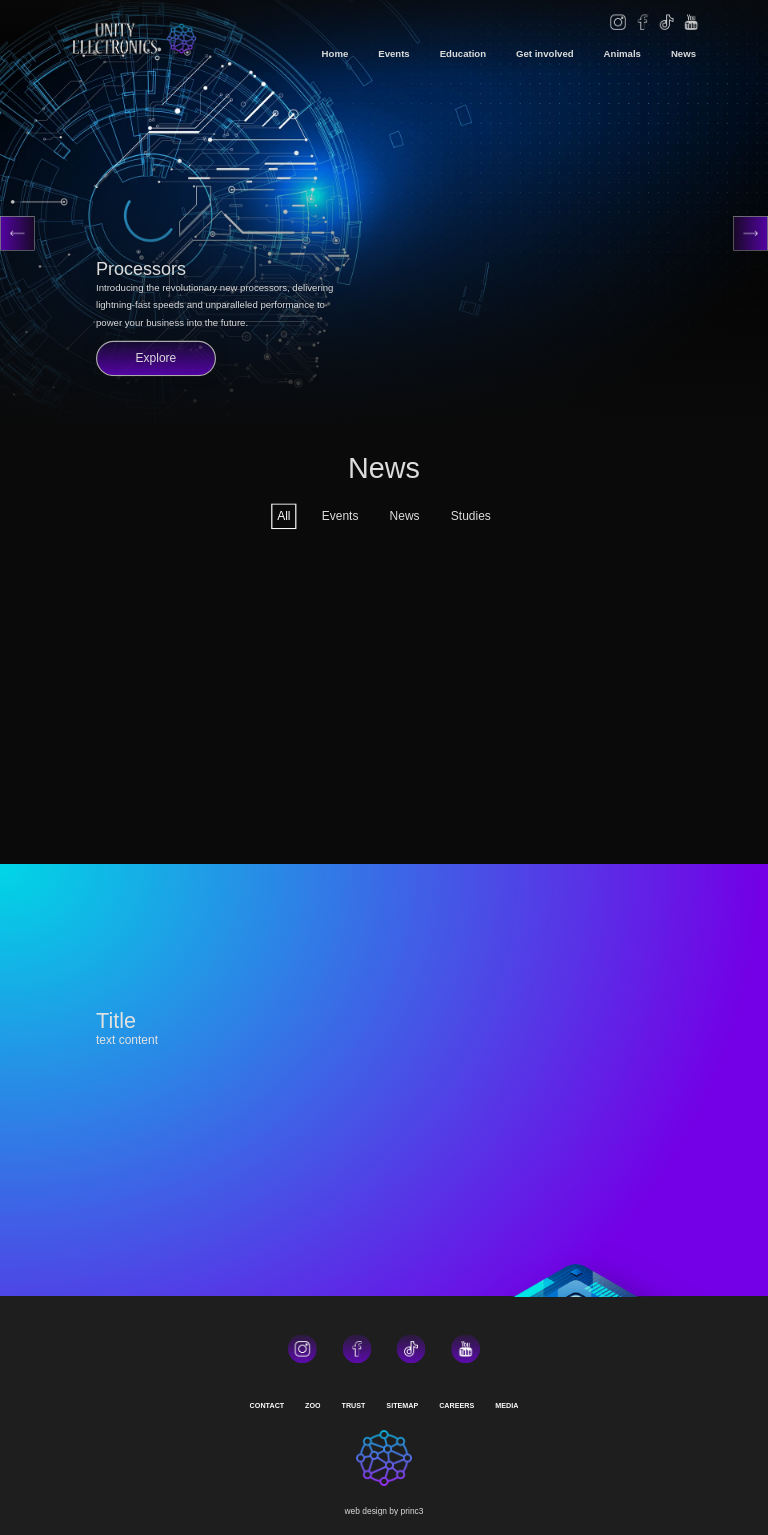
Repository: princ3-web/five
Page: /
These files come from the project's save history. The page is drawn as it stood at one moment and after a run of saves; the edit follows.
The browser window is 1280 px wide. The pictures show the whole page, at 60% of full size.
An inner scrolling area shows only its first screen. The project was rebuilt for these pictures with package versions that can differ from the ones it lists, and the page was loaded fresh each time. Also part of the build but not shown: src/css/subpage.module.css, src/pages/Events.jsx, src/pages/Education.jsx, src/pages/Membership.jsx, src/pages/Animals.jsx, src/pages/News.jsx, src/pages/Support.jsx.

Above is the page before, as saved 2023-05-08 18:58:26.

### src/App.jsx
import React, { useState } from "react";
import { Routes, Route } from "react-router-dom";
import app from "./css/app.module.css";
import Navbar from "./components/Navbar.jsx";
import Bottombar from "./components/Bottombar.jsx";
import Main from "./pages/Main.jsx";
import Events from "./pages/Events.jsx";
import Education from "./pages/Education.jsx";
import Membership from "./pages/Membership.jsx";
import Animals from "./pages/Animals.jsx";
import News from "./pages/News.jsx";
import Support from "./pages/Support.jsx";
import Scrolltotop from "./components/Scrolltotop";

function App() {
  return (
    <div className={app.app}>
      <Navbar />
      <Routes>
        <Route path="/" element={<Main />} exact />
        <Route path="/Events" element={<Events />} exact />
        <Route path="/Education" element={<Education />} exact />
        <Route path="/Membership" element={<Membership />} exact />
        <Route path="/Animals" element={<Animals />} exact />
        <Route path="/News" element={<News />} exact />
        <Route path="/Support" element={<Support />} exact />
      </Routes>
      <Bottombar />
      <Scrolltotop />
    </div>
  );
}

export default App;

### src/css/app.module.css
:root {
    --thin: 200;
    --regular: 400;
    --bold: 600;
    --font-12: 12px;
    --font-14: 14px;
    --font-16: 16px;
    --font-20: 20px;
    --font-24: 24px;
    --font-30: 30px;
    --font-36: 36px;
    --font-48: 48px;
    --dark: rgb(10, 10, 10);
    --dark-transp-100: rgb(0, 0, 0, 0.5);
    --gray-transp-200: rgba(100, 100, 100, 0.5);
    --gray-transp-300: rgba(100, 100, 100, 0.25);
    --gray-50: rgb(30, 30, 30);
    --gray-100: rgb(60, 60, 60);
    --gray-150: rgb(100, 100, 100);
    --gray-200: rgb(170, 170, 170);
    --gray-300: rgb(220, 220, 220);
    --gray-400: rgb(240, 240, 240);
    --light: rgb(250, 250, 250);
    --light-transp: rgb(255, 255, 255, 0.2);
    --blue-200: rgb(0, 78, 162);
    --blue-300: rgb(0, 123, 255);
    --teal-300: rgb(0, 238, 255);
    --violet-200: rgb(81, 0, 162);
    --violet-300: rgb(128, 0, 255);
    --transp: rgba(0, 0, 0, 0);
}

@import url('https://fonts.googleapis.com/css2?family=Raleway&display=swap');


html > div {
    display: none;
  }

  * {
    overflow-x: hidden;
    padding: 0;
    margin: 0;
    font-family: 'Raleway', sans-serif;
    user-select: none;
  }

  .app{
    background-color: var(--dark);
    height: fit-content;
  }

  .section{
    display: flex;
    flex-direction: column;
    min-height: 100vh;
  }

### src/components/Navbar.jsx
import React, { useState } from "react";
import navbar from "../css/navbar.module.css";
import logo from "../assets/icons/logo_sub.png";
import hamburger from "../assets/icons/hamburger.png";
import cross from "../assets/icons/cross.png";
import { Link } from "react-router-dom";
import instagram from "../assets/icons/instagram.png";
import facebook from "../assets/icons/facebook.png";
import tiktok from "../assets/icons/tiktok.png";
import youtube from "../assets/icons/youtube.png";

const Navbar = () => {
  const navbarButtons = [
    {
      name: "Home",
      menu: false,
      items: [],
      link: "/",
    },
    {
      name: "Events",
      menu: true,
      items: [
        "Plan Your Day",
        "What's On",
        "Membership",
        "Vet Hospital",
        "Education",
        "Zoo Map",
      ],
      link: "/Events",
    },
    {
      name: "Education",
      menu: true,
      items: [
        "Read for Adventure",
        "Educational Field Trips",
        "Self-Guided Field Trips",
        "Nature Explorers Preschool",
        "Schools Out Day Camps",
        "Spring Break Camp",
        "Summer Camps",
        "After Hours",
        "Conservation Club",
      ],
      link: "/Education",
    },
    {
      name: "Get involved",
      menu: true,
      items: [
        "What We Do",
        "What You Can Do",
        "Work at the Zoo",
        "Volunteer",
        "Sponsorship",
        "Conservation",
      ],
      link: "/Membership",
    },
    {
      name: "Animals",
      menu: false,
      items: [],
      link: "/Animals",
    },
    {
      name: "News",
      menu: false,
      items: [],
      link: "/News",
    },
  ];

  const socials = [instagram, facebook, tiktok, youtube];

  const [mobileMenu, toggleMobileMenu] = useState(false);

  return (
    <>
      <div className={navbar.navbar}>
        <Link className={navbar.link} to={"/"}>
          <img className={navbar.logo} src={logo} alt="" />
        </Link>
        <div className={navbar.navbarContent}>
          <div className={navbar.navbarTopIcons}>
            {socials.map((item, n) => (
              <img className={navbar.navbarTopIcon} src={item} alt="" key={n} />
            ))}
          </div>
          <div className={navbar.navbarButtons}>
            {navbarButtons.map((item, n) => (
              <div
                style={{
                  display: "block",
                  overflow: "visible",
                }}
                key={n}
              >
                <div className={navbar.navbarButton}>
                  <Link
                    to={item.link}
                    style={{
                      textDecoration: "none",
                      color: "unset",
                    }}
                  >
                    {item.name}
                  </Link>
                </div>

                {item.items.length > 0 && (
                  <>
                    <div className={navbar.navbarButtonDropdown}>
                      {item.items.map((i, n) => (
                        <Link
                          className={navbar.navbarButtonDropdownItem}
                          key={n}
                          to={item.link}
                        >
                          {i}
                        </Link>
                      ))}
                    </div>
                  </>
                )}
              </div>
            ))}
          </div>
        </div>
        <img
          className={navbar.mobileButton}
          src={mobileMenu === true ? cross : hamburger}
          onClick={() =>
            mobileMenu === true ? toggleMobileMenu(false) : toggleMobileMenu(true)
          }
          alt=""
        />
        <div
          className={[navbar.mobileMenu, mobileMenu ? navbar.mobileMenuShow : ""].join(
            " "
          )}
        >
          {navbarButtons.map((item) => (
            <Link to={item.link} className={navbar.mobileMenuItem}>
              <div onClick={() => toggleMobileMenu(false)}>{item.name}</div>
            </Link>
          ))}
        </div>
      </div>
    </>
  );
};

export default Navbar;

### src/components/Bottombar.jsx
import React from "react";
import bottombar from "../css/bottombar.module.css";
import logobw from "../assets/icons/logo.png";
import instagram from "../assets/icons/instagram.png";
import facebook from "../assets/icons/facebook.png";
import tiktok from "../assets/icons/tiktok.png";
import youtube from "../assets/icons/youtube.png";
import navbar from "../css/navbar.module.css";
import { Link } from "react-router-dom";

const Bottombar = () => {
  const socials = [instagram, facebook, tiktok, youtube];
  const links = ["CONTACT", "ZOO", "TRUST", "SITEMAP", "CAREERS", "MEDIA"];

  return (
    <>
      <div className={bottombar.bottomBar}>
        <div className={bottombar.socials}>
          {socials.map((item, n) => (
            <img className={bottombar.socialButton} src={item} alt="" key={n} />
          ))}
        </div>
        <div className={bottombar.links}>
          {links.map((item, n) => (
            <div className={bottombar.link} key={n}>
              {item}
            </div>
          ))}
        </div>
        <Link className={navbar.link} to={"/"}>
        <img className={bottombar.logo} src={logobw} alt="" onClick={() => window.scrollTo(0, 0)} />
        </Link>
        <div className={bottombar.signature}>web design by princ3</div>
      </div>
    </>
  );
};

export default Bottombar;

### src/pages/Main.jsx
import React, { useState, useEffect } from "react";
import app from "../css/app.module.css";
import Imagescroller from "../components/Imagescroller";
import Newspicker from "../components/Newspicker";
import Objectscroller from "../components/Objectscroller";

const Main = () => {
  return (
    <>
      <div className={app.section}>
        <Imagescroller />
      </div>

      <div className={app.section}>
        <Newspicker />
      </div>
      <div className={app.section}>
        <Objectscroller />
      </div>
    </>
  );
};

export default Main;

### src/components/Scrolltotop.jsx
import React from 'react';
import { useLocation } from 'react-router-dom';
import { useEffect } from 'react';

const Scrolltotop = () => {
    const { pathname } = useLocation();

    useEffect(() => {
      window.scrollTo(0, 0);
    }, [pathname]);
  }

export default Scrolltotop;

### src/css/navbar.module.css
.navbar {
  position: absolute;
  display: flex;
  flex-direction: row;
  justify-content: space-between;
  align-items: center;
  z-index: 5;
  width: 100%;
  padding-inline: 7rem;
  height: 8rem;
  font-size: var(--font-16);
  overflow: visible;
  box-sizing: border-box;
  background: linear-gradient(var(--dark) -30%, var(--transp) 100%);
}

.navbarContent {
  height: 100%;
  display: flex;
  flex-direction: column;
  justify-content: space-evenly;
}

.navbarTopIcons {
  display: flex;
  flex-direction: row;
  justify-content: space-between;
  width: 12vw;
  margin-left: auto;
  margin-right: 0;
}

.navbarTopIcon {
  width: 2rem;
  filter: brightness(0.8);
}

.navbarTopIcon:hover {
  filter: brightness(1);
  cursor: pointer;
}

.navbarButtons {
  display: flex;
  flex-direction: row;
  justify-content: space-between;
  width: 50vw;
  margin-left: auto;
  margin-right: 0;
}

.navbarButton {
  color: var(--gray-300);
  padding: 0.5rem;
  font-weight: var(--bold);
  cursor: pointer;
  transition: 0.2s;
}

.navbarButton:hover {
  color: var(--gray-400);
  cursor: pointer;
}

.dropdownBackground {
  background-color: black;
  width: 100%;
  height: 15rem;
}

.navbarButtonDropdown {
  visibility: hidden;
  z-index: 3;
  position: absolute;
  margin-left: -25px;
  padding-inline: 1.5rem;
  padding-block: 0.5rem;
  cursor: pointer;
  line-height: 2rem;
  filter: opacity(0);
  transition: 0.35s;
  background: linear-gradient(135deg, var(--dark-transp-100), var(--violet-200));
}

.navbarButton:hover ~ .navbarButtonDropdown {
  visibility: visible;
  filter: opacity(1);
}

.navbarButtonDropdown:hover {
  visibility: visible;
  filter: opacity(1);

}

.navbarButtonDropdownItem {
  color: var(--gray-300);
  display: block;
  transition: 0.2s;
  text-decoration: none;
}

.navbarButtonDropdownItem:hover {
  color: var(--light);
}

.navbarTopButton {
  height: fit-content;
  padding: 0.5rem;
  font-weight: var(--regular);
  cursor: pointer;
}

.logo {
  position: relative;
  display: block;
  height: 40%;
  object-fit: contain;
  z-index: 1;
  filter: drop-shadow(1px 1px 1px var(--dark));
}

.link {
  height: 100%;
  overflow: hidden;
  display: flex;
  align-items: center;
}

.mobileButton {
  display: none;
}

.mobileMenu {
  display: none;
}

@media screen and (max-width: 480px) {
  .navbar {
    height: 5rem;
    padding-inline: 0.5rem;
  }

  .navbarTopButtons {
    display: none;
  }
  .navbarButtons {
    display: none;
  }

  .logo {
    height: 70%;
  }

  .mobileButton {
    display: block;
    height: 50%;
    margin-right: 0.5rem;
    z-index: 1;
  }

  .mobileMenu {
    position: absolute;
    display: block;
    box-sizing: border-box;
    top: 5rem;
    left: 100vw;
    width: 100vw;
    height: 100vh;
    text-align: center;
    background-size: 20rem;
    background-color: var(--green-400);
    transition: 0.2s;
  }

  .mobileMenuShow {
    left: 0;
  }

  .mobileMenuItem {
    color: var(--light);
    font-size: var(--font-20);
    line-height: 4rem;
    text-decoration: none;
  }
}

### src/css/bottombar.module.css
.bottomBar {
  position: relative;
  display: flex;
  flex-direction: column;
  align-items: center;
  width: 100%;
  background-color: var(--gray-50);
  padding-bottom: 2rem;
}

.socials {
  position: relative;
  width: 25%;
  margin: auto;
  left: 0;
  right: 0;
  margin-top: 4rem;
  display: flex;
  flex-direction: row;
  justify-content: space-between;
}

.socialButton {
  width: 2rem;
  padding: 0.5rem;
  background-color: var(--violet-200);
  background: linear-gradient(180deg, var(--transp), var(--violet-300));
  background-size: 100% 200%;
  background-position: 100% 25%;
  transition: 0.5s;
  border-radius: 2rem;
  cursor: pointer;
}

.socialButton:hover {
  background-position: 100% 100%;

}

.links {
  position: relative;
  width: 35%;
  font-size: var(--font-12);
  margin: auto;
  left: 0;
  right: 0;
  margin-top: 4rem;
  display: flex;
  flex-direction: row;
  justify-content: space-between;
}

.link {
  color: var(--light);
  font-weight: var(--bold);
  cursor: pointer;
}

.link:hover {
  color: var(--gray-200);
}

.logo {
  position: relative;
  width: 6rem;
  padding-top: 2rem;
  padding-bottom: 2rem;
  cursor: pointer;
  transition: 0.2s;
}

.logo:hover {
  filter: brightness(0.8);
}

.signature {
  color: var(--gray-300);
  font-size: var(--font-14);
  font-weight: var(--thin);
}

@media screen and (max-width: 480px) {
  .socials {
    width: 90%;
  }

  .links {
    display: flex;
    flex-wrap: wrap;
    width: 90%;
    justify-content: space-between;
  }

  .link {
    width: 30%;
    height: 3rem;
    text-align: center;
  }
}

### src/components/Imagescroller.jsx
import React, { useEffect, useState } from "react";
import imagescroller from "../css/imagescroller.module.css";

const Imagescroller = () => {
  const [selectedBackground, toggleSelectedBackground] = useState(0);

  useEffect(() => {
    const intervalId = setInterval(() => {
      selectedBackground < 2
        ? toggleSelectedBackground((state) => state + 1)
        : toggleSelectedBackground(0);
    }, 6000);

    return () => {
      clearInterval(intervalId);
    };
  }, [selectedBackground]);

  const backgrounds = [0, 1, 2];
  const backgroundsText = [
    {
      title: "Processors",
      text: "Introducing the revolutionary new processors, delivering lightning-fast speeds and unparalleled performance to power your business into the future.",
    },
    {
      title: "New Techs",
      text: "Unlock the full potential of your industry with cutting-edge technologies designed to increase efficiency, productivity, and profitability.",
    },
    {
      title: "GPUs",
      text: "Experience unprecedented gaming performance and immerse yourself in stunningly realistic graphics with our new ground-breaking graphics cards.",
    },
  ];

  return (
    <div>
      <div className={imagescroller.imageScroller}>
        {backgrounds.map((item, n) => (
          <img
            className={[
              imagescroller.image,
              selectedBackground !== n ? imagescroller.imageFade : "",
            ].join(" ")}
            src={require("../assets/images/background" + n + ".webp")}
            alt=""
          />
        ))}

        <img
          className={imagescroller.arrow}
          onClick={() =>
            selectedBackground > 0
              ? toggleSelectedBackground((state) => state - 1)
              : toggleSelectedBackground(backgrounds.length - 1)
          }
          style={{ left: "0", rotate: "180deg", translateY: "-50%" }}
          src={require("../assets/icons/arrow.png")}
          alt=""
        />
        <img
          className={imagescroller.arrow}
          onClick={() =>
            selectedBackground < backgrounds.length - 1
              ? toggleSelectedBackground((state) => state + 1)
              : toggleSelectedBackground(0)
          }
          style={{ right: "0", rotate: "0deg", translateY: "-50%" }}
          src={require("../assets/icons/arrow.png")}
          alt=""
        />
        <div className={imagescroller.gradient}></div>
      </div>
      <div className={imagescroller.explore}>
        <div className={imagescroller.exploreTitle}>
          {backgroundsText[selectedBackground].title}
        </div>
        <div className={imagescroller.exploreText}>
          {backgroundsText[selectedBackground].text}
        </div>
        <div className={imagescroller.exploreButton}>Explore</div>
      </div>
    </div>
  );
};

export default Imagescroller;

### src/components/Newspicker.jsx
import React, { useState } from "react";
import newspicker from "../css/newspicker.module.css";

const Newspicker = () => {
  const newsButtons = ["All", "Events", "News", "Studies"];
  const [selectedButton, toggleSelectedButton] = useState(0);

  return (
    <div className={newspicker.news}>
      <div
        className={newspicker.newsTitle}
        style={{ textAlign: "center", marginTop: "2rem" }}
      >
        News
      </div>
      <div className={newspicker.newsButtons}>
        {newsButtons.map((item, n) => (
          <div
            className={[
              newspicker.newsButton,
              n === selectedButton && newspicker.newsButtonSelected,
            ].join(" ")}
            onClick={() => toggleSelectedButton(n)}
          >
            {item}
          </div>
        ))}
      </div>
    </div>
  );
};

export default Newspicker;

### src/components/Objectscroller.jsx
import React, { useEffect, useState } from "react";
import objectscroller from "../css/objectscroller.module.css";

const Objectscroller = () => {
  const [scrollPos, setScrollPos] = useState(false);

  // useEffect for setting useState: scrollPos
  useEffect(() => {
    const handleMouseMove = () => {
      setScrollPos(window.scrollY);
    };

    window.addEventListener("scroll", handleMouseMove);
    return () => {
      window.removeEventListener("scroll", handleMouseMove);
    };
  }, []);

  console.log(scrollPos);

  return (
    <div>
      <div className={objectscroller.gradient}>
        <div className={objectscroller.textContainer}>
          <div className={objectscroller.title}>Title</div>
          <div className={objectscroller.text}>text content</div>
        </div>
        <img
          className={objectscroller.image}
          style={{
            translate: "0px " + (- scrollPos + 400 + "px").toString(),
          }}
          src={require("../assets/images/object1.png")}
          alt=""
        />
      </div>
    </div>
  );
};

export default Objectscroller;

### src/css/imagescroller.module.css
.imageScroller {
  position: absolute;
  height: 100vh;
  width: 100%;
  display: block;
  white-space: nowrap;
  background-color: var(--dark);
}

.image {
  position: absolute;
  z-index: 1;
  width: 100vw;
  height: 100vh;
  object-fit: cover;
  top: 0;
  left: 0;
  padding: 0;
  transition: 1s;
  filter: opacity(1);
}

.imageFade {
  filter: opacity(0);
}

.arrow {
  position: absolute;
  width: 1.5rem;
  z-index: 2;
  top: 50%;
  padding: 1rem;
  border: 1px solid var(--gray-200);
  cursor: pointer;
  background-size: 0% 0%;
  background-color: var(--gray-200);
  background: linear-gradient(90deg, var(--dark) 0%, var(--violet-300));
  background-size: 200% 100%;
  background-position: 25% 100%;
  transition: 0.5s;
}

.arrow:hover {
  background-position: 100% 100%;
}

.gradient {
  position: absolute;
  top: 0;
  width: 100vw;
  height: 100vh;
  background: linear-gradient(var(--transp) 30%, var(--dark) 100%);
  z-index: 1;
}

.explore {
  position: absolute;
  z-index: 3;
  left: 10rem;
  top: 60%;
  width: 25rem;
  filter: drop-shadow(0px 0px 10px var(--dark));

}

.exploreTitle {
  position: relative;
  color: var(--gray-300);
  font-size: var(--font-30);
}

.exploreText {
  position: relative;
  color: var(--gray-300);
  font-size: var(--font-16);
  margin-bottom: 1rem;
  line-height: 1.8rem;
}

.exploreButton {
  position: relative;
  width: fit-content;
  color: var(--gray-300);
  font-size: var(--font-20);
  padding: 1rem;
  padding-inline: 4rem;
  border: 2px solid var(--gray-200);
  border-radius: 2rem;
  background: linear-gradient(180deg, var(--transp), var(--violet-300));
  background-size: 100% 200%;
  background-position: 100% 25%;
  transition: 0.5s;
  cursor: pointer;
}

.exploreButton:hover {
  background-position: 100% 100%;
}

.video {
  position: relative;
  display: flex;
  box-sizing: border-box;
  z-index: 1;
  width: 100%;
  height: 100vh;
  object-fit: cover;
  padding: 0;
  border-top: 0.25rem solid var(--green-500);
}

@media screen and (max-width: 480px) {
  .video {
    width: 100%;
    margin: unset;
  }
}

### src/css/newspicker.module.css
.news{
    display: flex;
    flex-direction: column;
  }

  .newsTitle {
    font-size: var(--font-48);
    color: var(--gray-300);
    margin-bottom: 2rem;
  }

  .newsButtons{
    display: flex;
    flex-direction: row;
    justify-content: center;
    align-self: center;
    width: 50%;
  }

  .newsButton {
    color: var(--gray-300);
    font-size: var(--font-20);
    border: 2px solid var(--transp);
    margin-inline: 1rem;
    padding: 0.5rem;
    cursor: pointer;
    transition: 0.5s;
  }

  .newsButtonSelected{
    border: 2px solid var(--light);
    color: var(--light);
  }

### src/css/objectscroller.module.css
.image {
  position: absolute;
  top: 50%;
  transform: translateY(-50%);
  right: 10rem;
  width: 20rem;
  filter: drop-shadow(30px 30px 30px var(--violet-200));
}

.textContainer {
  color: var(--light);
  position: absolute;
  left: 10rem;
  top: 15rem;
  margin: auto;
}

.title {
  font-size: var(--font-36);
}

.text {
  font-size: var(--font-20);
}

.gradient {
  position: absolute;
  width: 100vw;
  height: 100vh;
  background: radial-gradient(at left top, var(--teal-300) 0%, var(--violet-300) 70%);
  background-size: 100% 150%;
  filter: brightness(0.9);
}

Loaded but not shown: public/index.html (common file); src/index.js (common file); src/index.css (common file); src/reportWebVitals.js (common file)

After the next 3 saves:
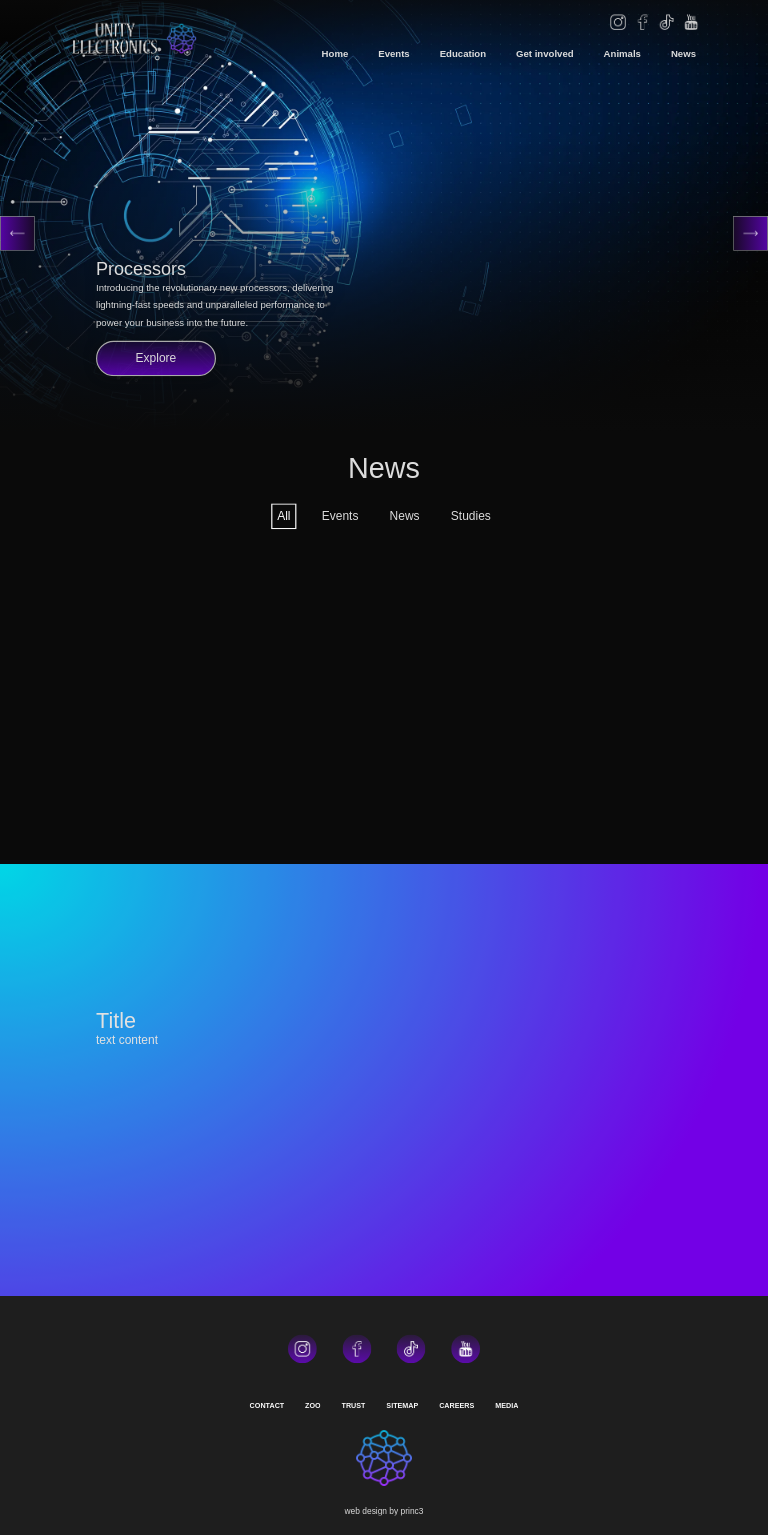
The 3 saves are shown as one change because 1 did not build or start and some came seconds apart.
The last was saved 14 s later.
--- a/src/components/Objectscroller.jsx
+++ b/src/components/Objectscroller.jsx
@@ -28,7 +28,7 @@ const Objectscroller = () => {
         <img
           className={objectscroller.image}
           style={{
-            translate: "0px " + (- scrollPos + 400 + "px").toString(),
+            translate: "0px " + (- scrollPos + 600 + "px").toString(),
           }}
           src={require("../assets/images/object1.png")}
           alt=""
